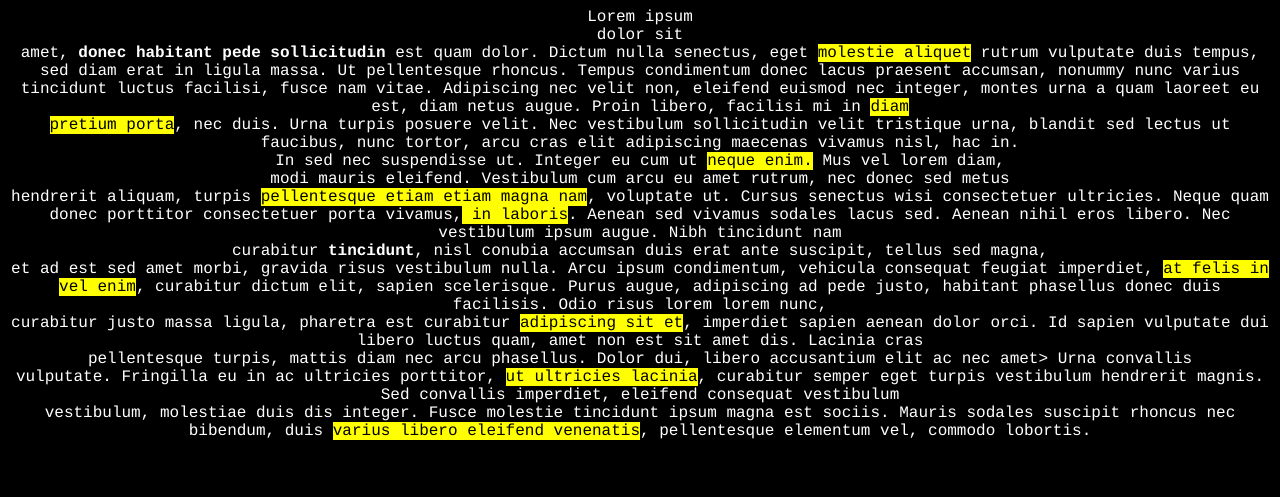
Repository: diasm568/diasm568.github.io
Page: lab/composition.html
The author's editor kept a record of every edit. The page is drawn from the files as they stood at one moment, then again after the next edit.
The browser window is 1280 px wide. The pictures show the whole page.

Above is the page before.

### lab/composition.html
<center>
<body bgcolor="black">
<font color="white">
<font face="courier" color="white">
Lorem ipsum <br> dolor sit<br> amet, <strong>donec habitant pede sollicitudin</strong> est quam dolor. Dictum nulla senectus, eget <mark>molestie aliquet</mark> rutrum vulputate duis tempus, sed diam erat in ligula massa. Ut pellentesque rhoncus. Tempus condimentum donec lacus praesent accumsan, nonummy nunc varius tincidunt luctus facilisi, fusce nam vitae. Adipiscing nec velit non, eleifend euismod nec integer, montes urna a quam laoreet eu est, diam netus augue. Proin libero, facilisi mi in <mark> diam<br> pretium porta</mark>, nec duis. Urna turpis posuere velit. Nec vestibulum sollicitudin velit tristique urna, blandit sed lectus ut faucibus, nunc tortor, arcu cras elit adipiscing maecenas vivamus nisl, hac in.<br> In sed nec suspendisse ut.
Integer eu cum ut <mark>neque enim.</mark> Mus vel lorem diam, <br>modi mauris eleifend. Vestibulum cum arcu eu amet rutrum, nec donec sed metus<br> hendrerit aliquam, turpis <mark>pellentesque etiam etiam magna nam</mark>, voluptate ut. Cursus senectus wisi consectetuer ultricies. Neque quam donec porttitor consectetuer porta vivamus,<mark> in laboris</mark>. Aenean sed vivamus sodales lacus sed. Aenean nihil eros libero. Nec vestibulum ipsum augue.
Nibh tincidunt nam <br>curabitur <strong>tincidunt</strong>, nisl conubia accumsan duis erat ante suscipit, tellus sed magna, <br>et ad est sed amet morbi, gravida risus vestibulum nulla. Arcu ipsum condimentum, vehicula consequat feugiat imperdiet, <mark>at felis in vel enim</mark>, curabitur dictum elit, sapien scelerisque. Purus augue, adipiscing ad pede justo, habitant phasellus donec duis facilisis. Odio risus lorem lorem nunc, <br>curabitur justo massa ligula, pharetra est curabitur <mark>adipiscing sit et</mark>, imperdiet sapien aenean dolor orci. Id sapien vulputate dui libero luctus quam, amet non est sit amet dis. Lacinia cras<br> pellentesque turpis, mattis diam nec arcu phasellus. Dolor dui, libero accusantium elit ac nec amet>
Urna convallis <br>vulputate. Fringilla eu in ac ultricies porttitor, <mark>ut ultricies lacinia</mark>, curabitur semper eget turpis vestibulum hendrerit magnis. Sed convallis imperdiet, eleifend consequat vestibulum <br>vestibulum, molestiae duis dis integer. Fusce molestie tincidunt ipsum magna est sociis. Mauris sodales suscipit rhoncus nec bibendum, duis <mark>varius libero eleifend venenatis</mark>, pellentesque elementum vel, commodo lobortis.
</font>
</body>
</center>

After the next edit:
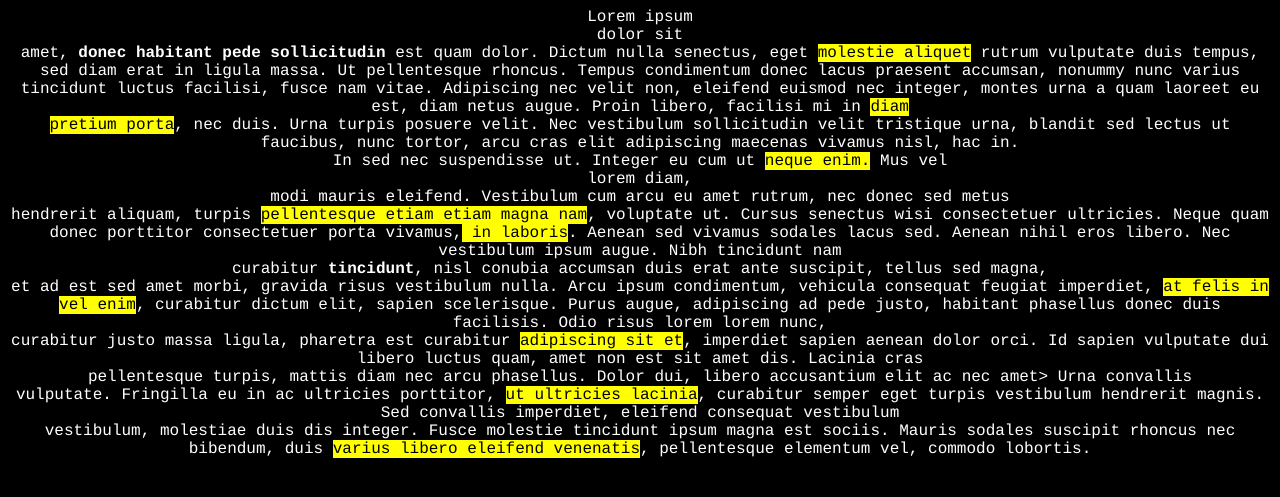
The edit:
--- a/lab/composition.html
+++ b/lab/composition.html
@@ -3,7 +3,7 @@
 <font color="white">
 <font face="courier" color="white">
 Lorem ipsum <br> dolor sit<br> amet, <strong>donec habitant pede sollicitudin</strong> est quam dolor. Dictum nulla senectus, eget <mark>molestie aliquet</mark> rutrum vulputate duis tempus, sed diam erat in ligula massa. Ut pellentesque rhoncus. Tempus condimentum donec lacus praesent accumsan, nonummy nunc varius tincidunt luctus facilisi, fusce nam vitae. Adipiscing nec velit non, eleifend euismod nec integer, montes urna a quam laoreet eu est, diam netus augue. Proin libero, facilisi mi in <mark> diam<br> pretium porta</mark>, nec duis. Urna turpis posuere velit. Nec vestibulum sollicitudin velit tristique urna, blandit sed lectus ut faucibus, nunc tortor, arcu cras elit adipiscing maecenas vivamus nisl, hac in.<br> In sed nec suspendisse ut.
-Integer eu cum ut <mark>neque enim.</mark> Mus vel lorem diam, <br>modi mauris eleifend. Vestibulum cum arcu eu amet rutrum, nec donec sed metus<br> hendrerit aliquam, turpis <mark>pellentesque etiam etiam magna nam</mark>, voluptate ut. Cursus senectus wisi consectetuer ultricies. Neque quam donec porttitor consectetuer porta vivamus,<mark> in laboris</mark>. Aenean sed vivamus sodales lacus sed. Aenean nihil eros libero. Nec vestibulum ipsum augue.
+Integer eu cum ut <mark>neque enim.</mark> Mus vel <br>lorem diam, <br>modi mauris eleifend. Vestibulum cum arcu eu amet rutrum, nec donec sed metus<br> hendrerit aliquam, turpis <mark>pellentesque etiam etiam magna nam</mark>, voluptate ut. Cursus senectus wisi consectetuer ultricies. Neque quam donec porttitor consectetuer porta vivamus,<mark> in laboris</mark>. Aenean sed vivamus sodales lacus sed. Aenean nihil eros libero. Nec vestibulum ipsum augue.
 Nibh tincidunt nam <br>curabitur <strong>tincidunt</strong>, nisl conubia accumsan duis erat ante suscipit, tellus sed magna, <br>et ad est sed amet morbi, gravida risus vestibulum nulla. Arcu ipsum condimentum, vehicula consequat feugiat imperdiet, <mark>at felis in vel enim</mark>, curabitur dictum elit, sapien scelerisque. Purus augue, adipiscing ad pede justo, habitant phasellus donec duis facilisis. Odio risus lorem lorem nunc, <br>curabitur justo massa ligula, pharetra est curabitur <mark>adipiscing sit et</mark>, imperdiet sapien aenean dolor orci. Id sapien vulputate dui libero luctus quam, amet non est sit amet dis. Lacinia cras<br> pellentesque turpis, mattis diam nec arcu phasellus. Dolor dui, libero accusantium elit ac nec amet>
 Urna convallis <br>vulputate. Fringilla eu in ac ultricies porttitor, <mark>ut ultricies lacinia</mark>, curabitur semper eget turpis vestibulum hendrerit magnis. Sed convallis imperdiet, eleifend consequat vestibulum <br>vestibulum, molestiae duis dis integer. Fusce molestie tincidunt ipsum magna est sociis. Mauris sodales suscipit rhoncus nec bibendum, duis <mark>varius libero eleifend venenatis</mark>, pellentesque elementum vel, commodo lobortis.
 </font>
